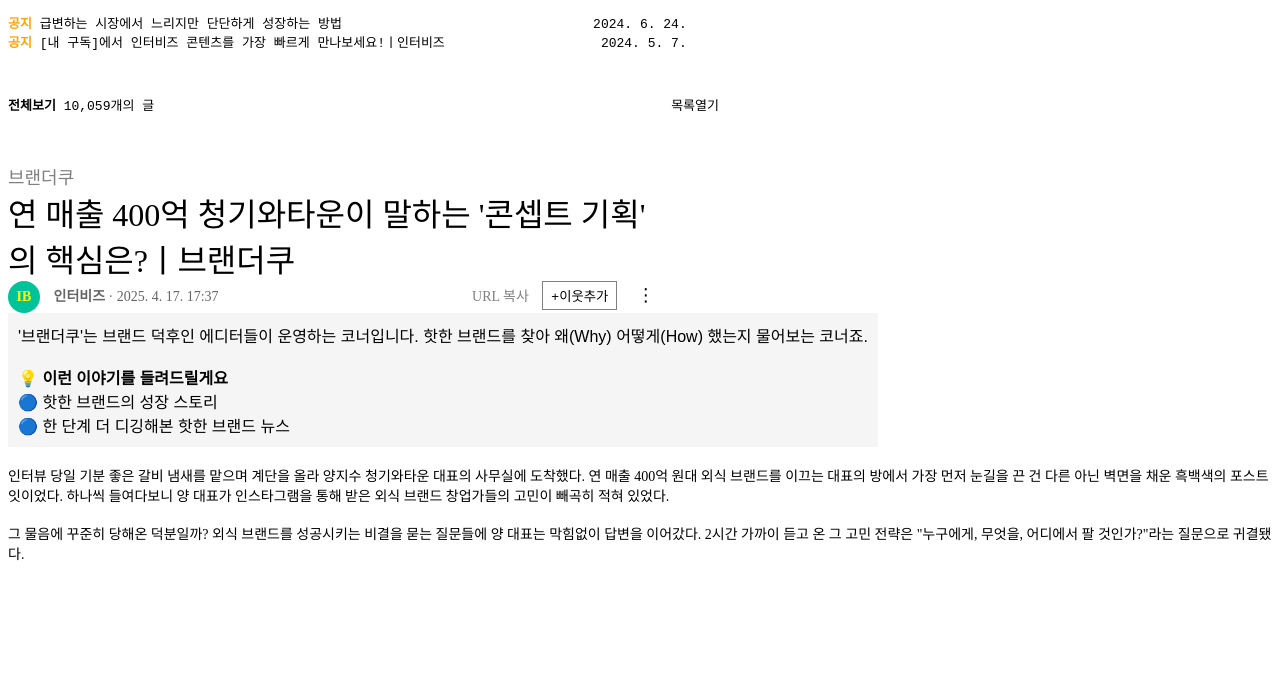
Repository: msgggg1/webPro
Page: webPro/src/main/webapp/html/days02/ex11.html
These files come from the project's save history. The page is drawn as it stood at one moment and after the next save; the edit follows.
The browser window is 1280 px wide. The pictures show the whole page.

Above is the page before, as saved 2025-04-22 15:22:39.

After the next save:
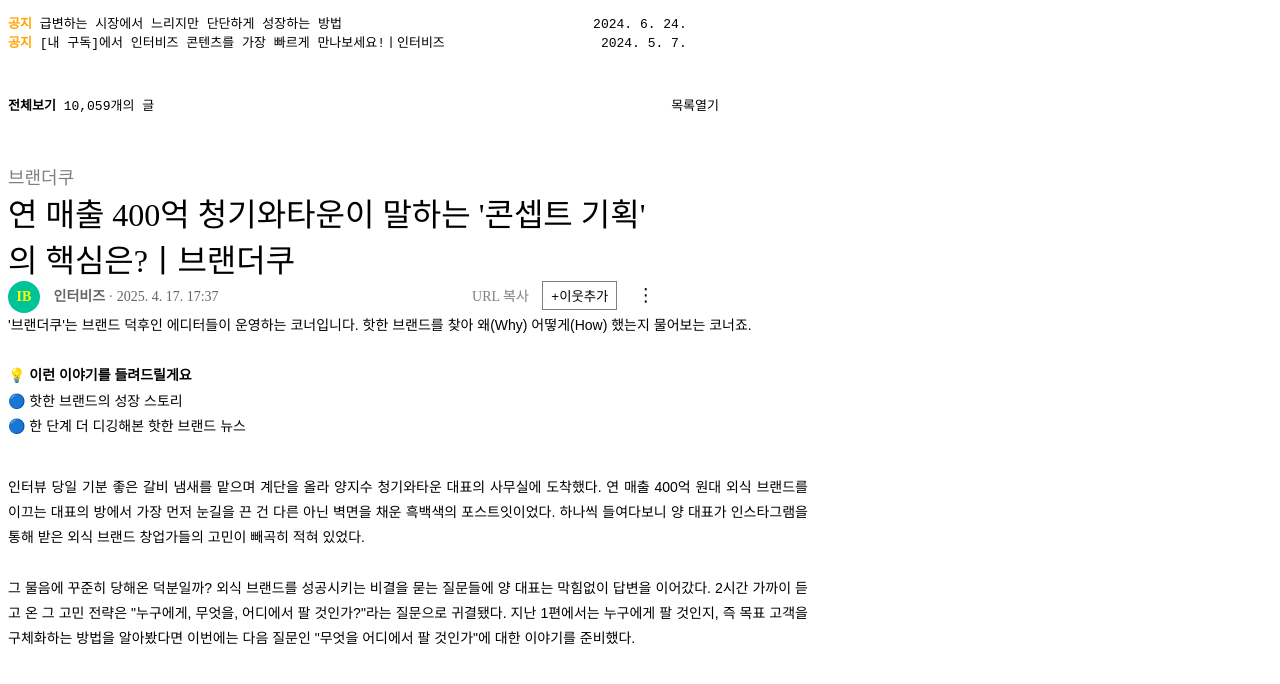
Saved 6 min 6 s later.
--- a/webPro/src/main/webapp/html/days02/ex11.html
+++ b/webPro/src/main/webapp/html/days02/ex11.html
@@ -61,10 +61,9 @@
 </button>
 </font>
 
-<!-- 회색 박스 배경 흉내내기 -->
-<font style="display: inline-block; background-color: #f5f5f5; padding: 10px; font-family: sans-serif;">
-  '브랜더쿠'는 브랜드 덕후인 에디터들이 운영하는 코너입니다.
-  핫한 브랜드를 찾아 왜(Why) 어떻게(How) 했는지 물어보는 코너죠.
+<!-- 소개 문구 -->
+<font style="font-family: sans-serif; font-size: 14px; line-height: 1.8; display: block; width: 800px; text-align: justify;">
+  '브랜더쿠'는 브랜드 덕후인 에디터들이 운영하는 코너입니다. 핫한 브랜드를 찾아 왜(Why) 어떻게(How) 했는지 물어보는 코너죠.
   <br><br>
   💡 <b>이런 이야기를 들려드릴게요</b><br>
   🔵 핫한 브랜드의 성장 스토리<br>
@@ -74,13 +73,15 @@
 <br><br>
 
 <!-- 본문 내용 -->
-<font style="font-size: 14px;">
+<font style="font-family: sans-serif; font-size: 14px; line-height: 1.8; display: block; width: 800px; text-align: justify;">
   인터뷰 당일 기분 좋은 갈비 냄새를 맡으며 계단을 올라 양지수 청기와타운 대표의 사무실에 도착했다.
   연 매출 400억 원대 외식 브랜드를 이끄는 대표의 방에서 가장 먼저 눈길을 끈 건 다른 아닌 벽면을 채운 흑백색의 포스트잇이었다.
   하나씩 들여다보니 양 대표가 인스타그램을 통해 받은 외식 브랜드 창업가들의 고민이 빼곡히 적혀 있었다.
   <br><br>
   그 물음에 꾸준히 당해온 덕분일까? 외식 브랜드를 성공시키는 비결을 묻는 질문들에 양 대표는 막힘없이 답변을 이어갔다.
   2시간 가까이 듣고 온 그 고민 전략은 "누구에게, 무엇을, 어디에서 팔 것인가?"라는 질문으로 귀결됐다.
+  지난 1편에서는 누구에게 팔 것인지, 즉 목표 고객을 구체화하는 방법을 알아봤다면 이번에는 다음 질문인
+  "무엇을 어디에서 팔 것인가"에 대한 이야기를 준비했다.
 </font>
 
 
